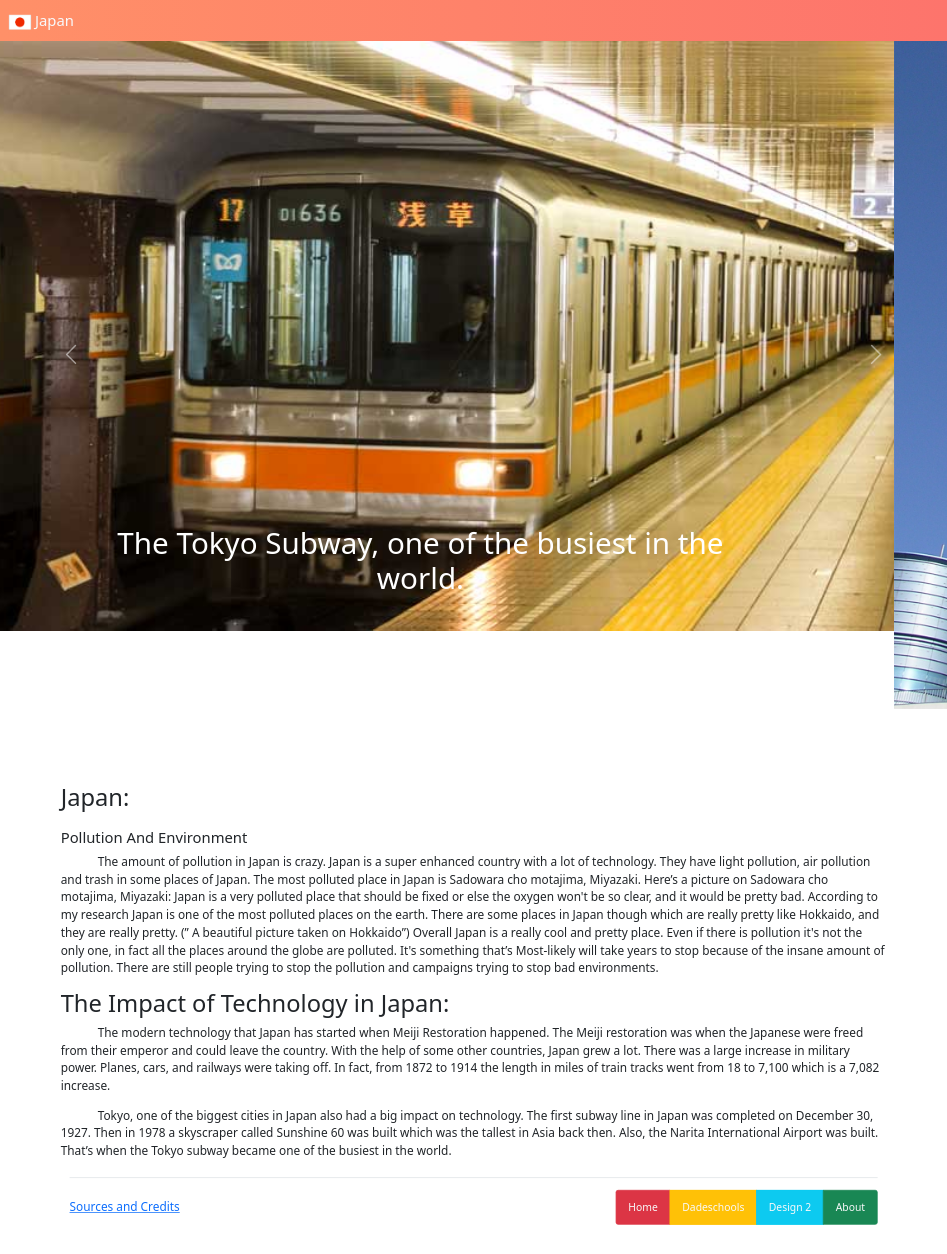
Repository: mrchilliballs/mrchilliballs.github.io
Page: index.html
These files come from the project's save history. The page is drawn as it stood at one moment and after the next save; the edit follows.
The browser window is 1280 px wide. The pictures show the whole page, at 74% of full size.

Above is the page before, as saved 2021-09-03 16:02:40.

After the next save:
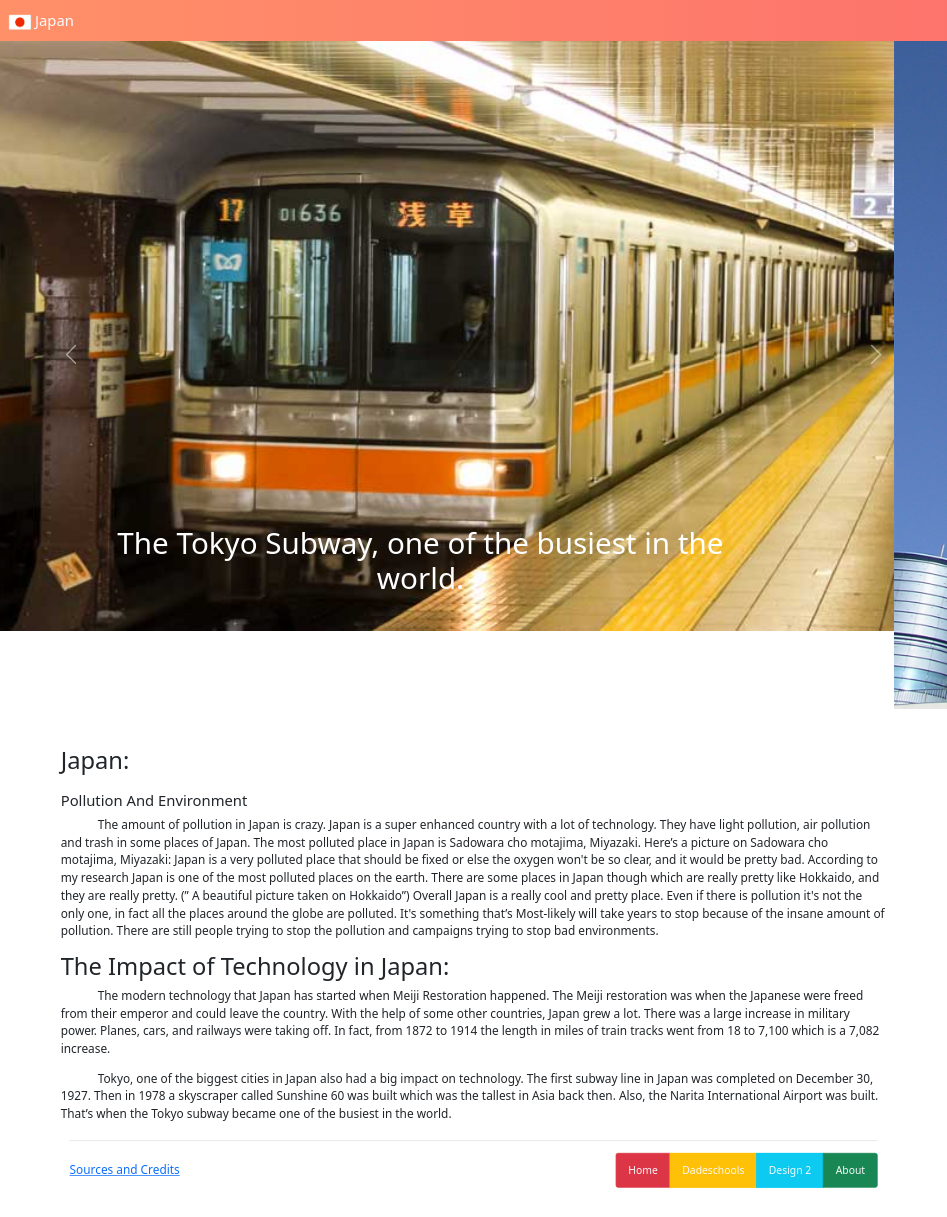
Saved 28 s later.
--- a/index.html
+++ b/index.html
@@ -100,7 +100,7 @@
         </button>
       </div>
     <main class="container">
-        <h2 style="margin-bottom: 0 !important;  margin-top: 100px;">Japan:</h2> <br><h5>Pollution And Environment</h5>
+        <h2 style="margin-bottom: 0 !important;  margin-top: 50px;">Japan:</h2> <br><h5>Pollution And Environment</h5>
 
 <p style="text-indent: 50px;">The amount of pollution in Japan is crazy. Japan is a super enhanced country with a lot of technology.
 They have light pollution, air pollution and trash in some places of Japan. The most polluted place in Japan is Sadowara cho motajima, Miyazaki. Here’s a picture on Sadowara cho motajima, Miyazaki:
